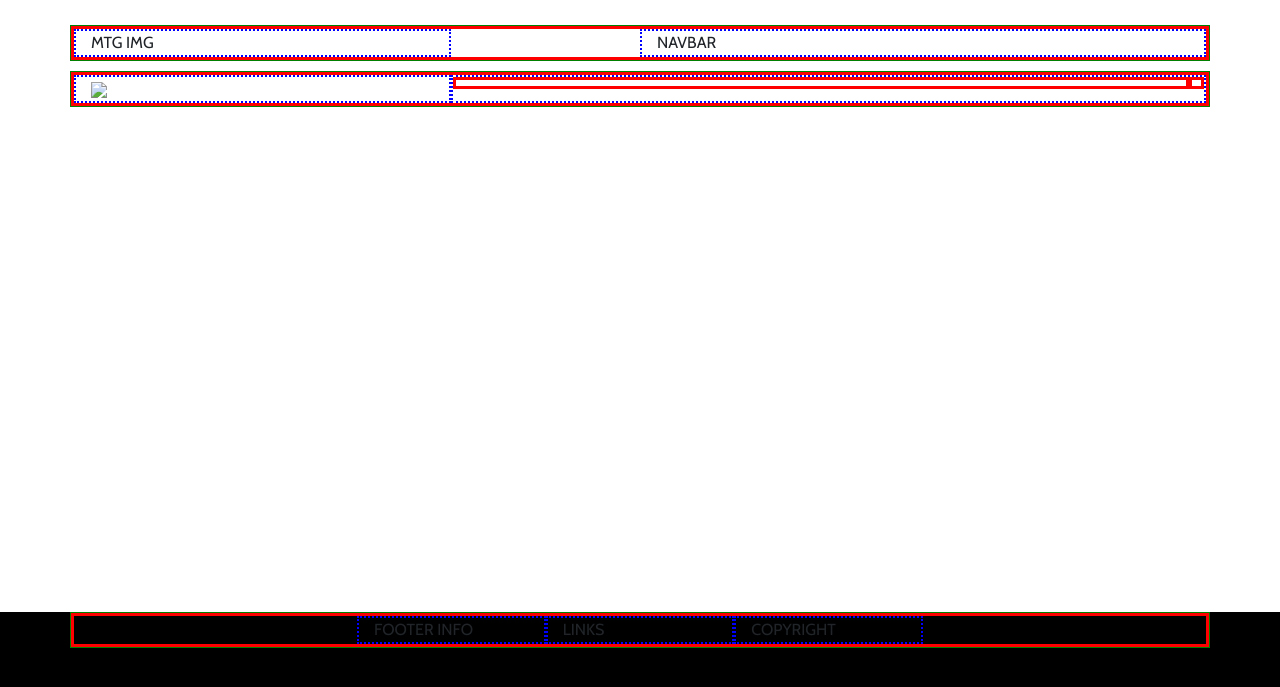
Repository: Code-Institute-Submissions/Milestone-Project-1-Art-Blog
Page: artisttemp.html
The author's editor kept a record of every edit. The page is drawn from the files as they stood at one moment, then again after the next edit.
The browser window is 1280 px wide. The pictures show the whole page.
Some web libraries are served in a nearby version.

Above is the page before.

### artisttemp.html
<!DOCTYPE html>
<html lang="en">

<head>
    <meta charset="UTF-8">
    <meta name="viewport" content="width=device-width, initial-scale=1.0">
    <meta http-equiv="X-UA-Compatible" content="ie=edge">
    <link rel="stylesheet" href="https://maxcdn.bootstrapcdn.com/bootstrap/4.2.1/css/bootstrap.min.css" type="text/css" />
    <link rel="stylesheet" href="https://use.fontawesome.com/releases/v5.0.10/css/all.css" integrity="sha384-+d0P83n9kaQMCwj8F4RJB66tzIwOKmrdb46+porD/OvrJ+37WqIM7UoBtwHO6Nlg" crossorigin="anonymous">
    <link rel="stylesheet" href="https://cdnjs.cloudflare.com/ajax/libs/hover.css/2.3.1/css/hover-min.css" type="text/css" />
    <link rel="stylesheet" href="assets/css/style.css" type="text/css" />
    <title>MtG: Flavourist</title>
</head>

<body>

    <header>
        <div class="container my-container">
            <div class="row my-row">
                <div class="col-4 my-col">
                    MTG IMG
                </div>
                <div class="offset-2 col-6 my-col">
                    NAVBAR
                </div>
            </div>
        </div>
    </header>

    <content>
        <div class="container my-container">
            <div class="row my-row">
                <div class="col-4 my-col">
                    <img src="#"></img>
                </div>
                <div class="col-8 my-col">
                    <div class="row my-row">
                        <div class="col-12">

                        </div>
                        <div class="row my-row"></div>
                    </div>
                </div>
            </div>
        </div>

    </content>

    <footer>
        <div class="container my-container">
            <div class="row my-row">
                <div class="offset-3 col-2 my-col">
                    FOOTER INFO
                </div>
                <div class="col-2 my-col">
                    LINKS
                </div>
                <div class="col-2 my-col">
                    COPYRIGHT
                </div>
            </div>
        </div>

    </footer>

</body>

</html>

### assets/css/style.css
@import url('https://fonts.googleapis.com/css?family=Cabin:100,200,300,400,500,600,700|Indie+Flower:100,200,300,400,500,600,700');

/* ----------------------------------- resets*/

body {
    font-family: cabin;
}

header {
    margin: 0;
    margin-top: 25px;
}

footer {
    position: absolute;
    bottom: 0px;
    width: 100%;
    height: 15%;
    background-color: black;
}

/* ----------------------------------- test-styles*/

.content {
    background-color: lightgrey;
    margin: 20px 0px;
}

.logo {
padding: 0px;
}

.header-titles {
 max-width:100%;
 padding: 0px;
}

.logo-img {
    width: 100%;
}

.my-container {
    border: 1px solid green;
}

.my-row {
    border: 3px solid red;
}

.my-row-nested {
    border: 3px solid yellow;
}

.my-col {
    border: 2px dotted blue;
}

.container {
    margin-bottom: 10px;
}

.container-fluid {
    margin-bottom: 10px;
}

After the next edit:
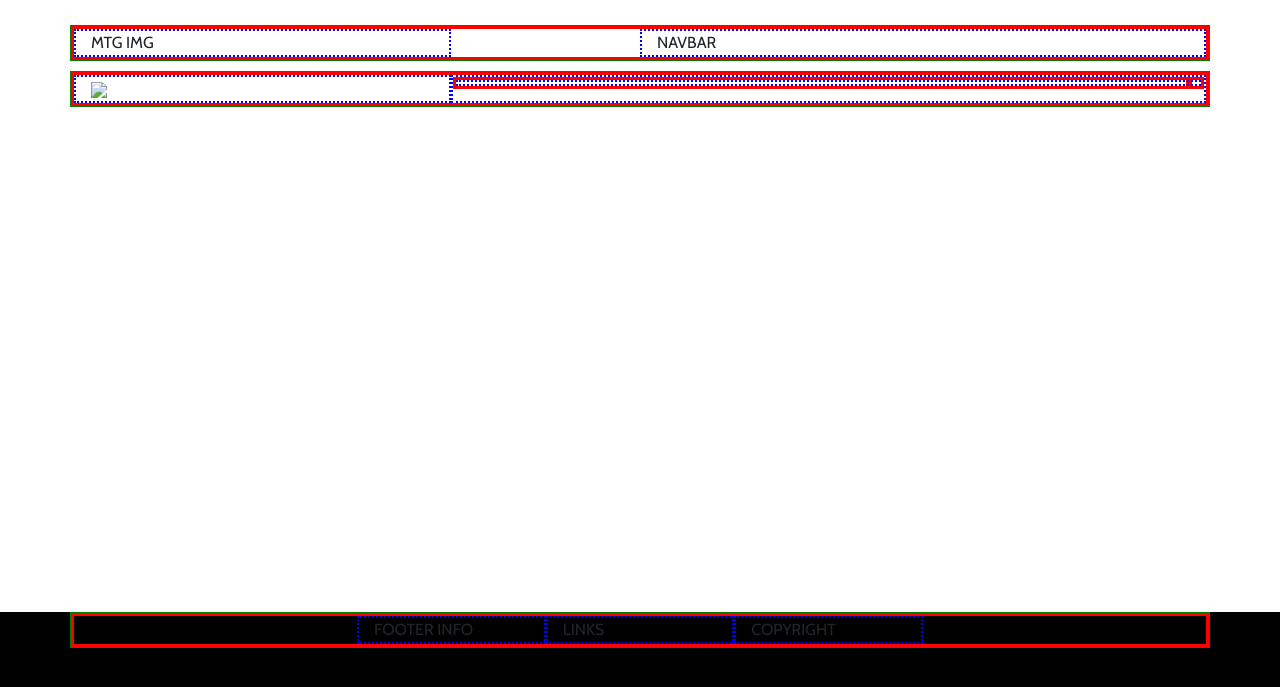
The edit:
--- a/artisttemp.html
+++ b/artisttemp.html
@@ -35,7 +35,7 @@
                 </div>
                 <div class="col-8 my-col">
                     <div class="row my-row">
-                        <div class="col-12">
+                        <div class="col-12 my-col">
 
                         </div>
                         <div class="row my-row"></div>
